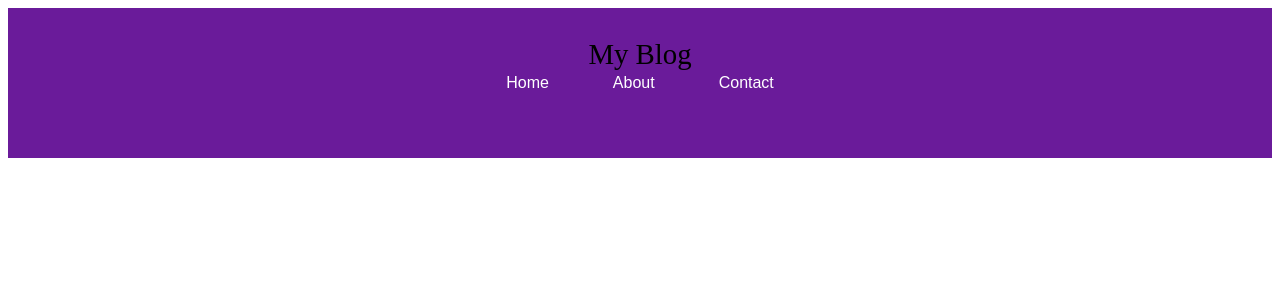
Repository: Femi007-gh/BLOG
Page: index.html
An editor plug-in stored every save of this project. The page is shown before and after the next save, followed by the edit.
The browser window is 1280 px wide. The pictures show the whole page.

Above is the page before, as saved 2025-01-08 07:32:47.

### index.html
<html>
  <head>
    <title>BLOG</title>
    <link rel="stylesheet" href="style.css">
  </head>
  <body>
    <header>
      <nav>
        <ul>
          <li><a href="#">Home</a></li>
          <li><a href="#">About</a></li>
          <li><a href="#">Contact</a></li>
        </ul>
      </nav>
    </header>
    <p>My Blog</p>
  </body>
</html>

### style.css
nav {
      background-color: #6a1b9a;
      height: 150px;
      flex-direction: column;
      display: flex;
      justify-content: center;
      align-items: center;
    }

    ul {
      list-style: none;
      margin-top: 1rem;
      padding: -0;
      display: flex;
      justify-content: center;
    }

    li {
      margin: 0 1rem;
    }

    a {
      color: white;
      text-decoration: none;
      font-family: Arial, sans-serif;
      padding: 1rem;
      display: block;
    }

    p {
      margin-top: -120px;
      font-size: 1.8rem;

      text-align: center;
    }

After the next save:
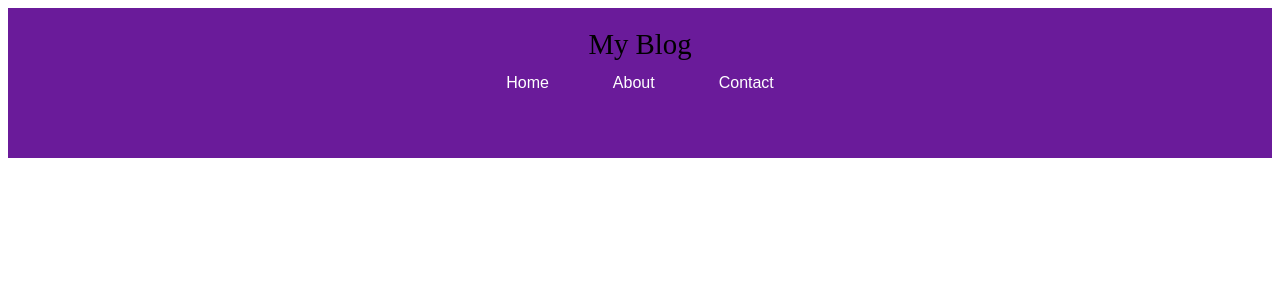
Saved 4 s later.
--- a/style.css
+++ b/style.css
@@ -28,7 +28,7 @@ nav {
     }
 
     p {
-      margin-top: -120px;
+      margin-top: -130px;
       font-size: 1.8rem;
 
       text-align: center;
